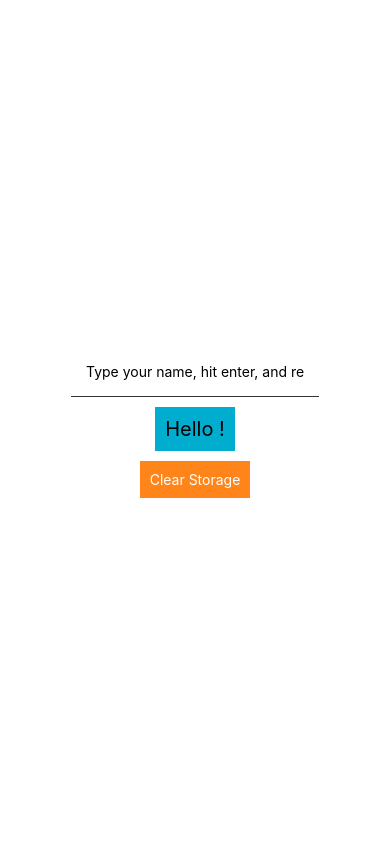
Repository: GoodHoneyCake/toy_project
Page: /
An editor plug-in stored every save of this project. The page is shown before and after a run of saves, followed by the edit.
The browser window is 390 px wide. The pictures show the whole page.
The app was drawn by React Native's web renderer in a window 390 px wide. The project was rebuilt for these pictures with package versions that can differ from the ones it lists, and the page was loaded fresh each time.

Above is the page before, as saved 2021-02-05 13:48:48.

### App.js
import React from "react";
import {
  StyleSheet,
  Text,
  View,
  TextInput,
  AsyncStorage,
  TouchableOpacity,
} from "react-native";

const STORAGE_KEY = "@save_name";

class App extends React.Component {
  state = {
    text: "",
    name: "",
  };

  componentDidMount() {
    this.retrieveData();
  }

  retrieveData = async () => {
    try {
      const name = await AsyncStorage.getItem(STORAGE_KEY);

      if (name !== null) {
        this.setState({ name });
      }
    } catch (e) {
      alert("Failed to load name.");
    }
  };

  save = async (name) => {
    try {
      await AsyncStorage.setItem(STORAGE_KEY, name);
      alert("Data successfully saved!");
      this.setState({ name });
    } catch (e) {
      alert("Failed to save name.");
    }
  };

  removeEverything = async () => {
    try {
      await AsyncStorage.clear();
      alert("Storage successfully cleared!");
    } catch (e) {
      alert("Failed to clear the async storage.");
    }
  };

  onChangeText = (text) => this.setState({ text });

  onSubmitEditing = () => {
    const onSave = this.save;
    const { text } = this.state;

    if (!text) return;

    onSave(text);
    this.setState({ text: "" });
  };

  render() {
    const { text, name } = this.state;
    return (
      <View style={styles.container}>
        <TextInput
          style={styles.input}
          value={text}
          placeholder="Type your name, hit enter, and refresh"
          onChangeText={this.onChangeText}
          onSubmitEditing={this.onSubmitEditing}
        />
        <Text style={styles.text}>Hello {name}!</Text>
        <TouchableOpacity onPress={this.removeEverything} style={styles.button}>
          <Text style={styles.buttonText}>Clear Storage</Text>
        </TouchableOpacity>
      </View>
    );
  }
}

const styles = StyleSheet.create({
  container: {
    flex: 1,
    backgroundColor: "#fff",
    alignItems: "center",
    justifyContent: "center",
  },
  text: {
    fontSize: 20,
    padding: 10,
    backgroundColor: "#00ADCF",
  },
  input: {
    padding: 15,
    height: 50,
    borderBottomWidth: 1,
    borderBottomColor: "#333",
    margin: 10,
  },
  button: {
    margin: 10,
    padding: 10,
    backgroundColor: "#FF851B",
  },
  buttonText: {
    fontSize: 14,
    color: "#fff",
  },
});

export default App;

After the next 2 saves:
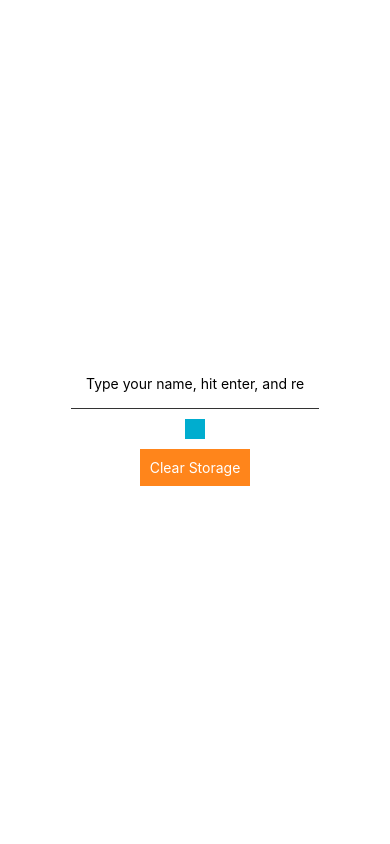
The 2 saves are shown as one change because they came seconds apart.
The last was saved 99 s later.
--- a/App.js
+++ b/App.js
@@ -74,7 +74,7 @@ class App extends React.Component {
           onChangeText={this.onChangeText}
           onSubmitEditing={this.onSubmitEditing}
         />
-        <Text style={styles.text}>Hello {name}!</Text>
+        <Text style={styles.text}>{name}</Text>
         <TouchableOpacity onPress={this.removeEverything} style={styles.button}>
           <Text style={styles.buttonText}>Clear Storage</Text>
         </TouchableOpacity>
